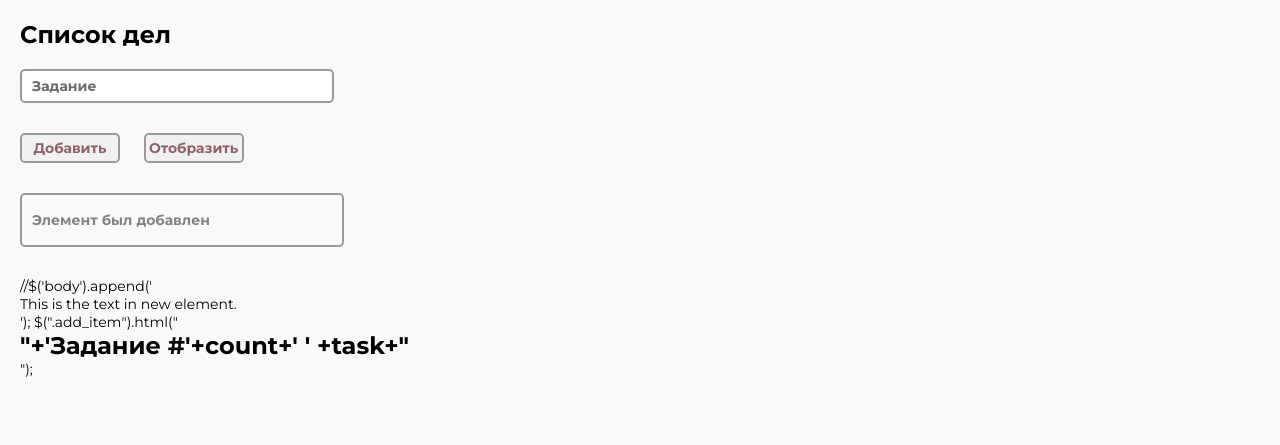
Repository: andbaik/it_unit9
Page: index.html
An editor plug-in stored every save of this project. The page is shown before and after the next save, followed by the edit.
The browser window is 1280 px wide. The pictures show the whole page.
After loading, the first visible `#add_btn` was clicked once.

Above is the page before, as saved 2021-04-10 23:21:05.

After the next save:
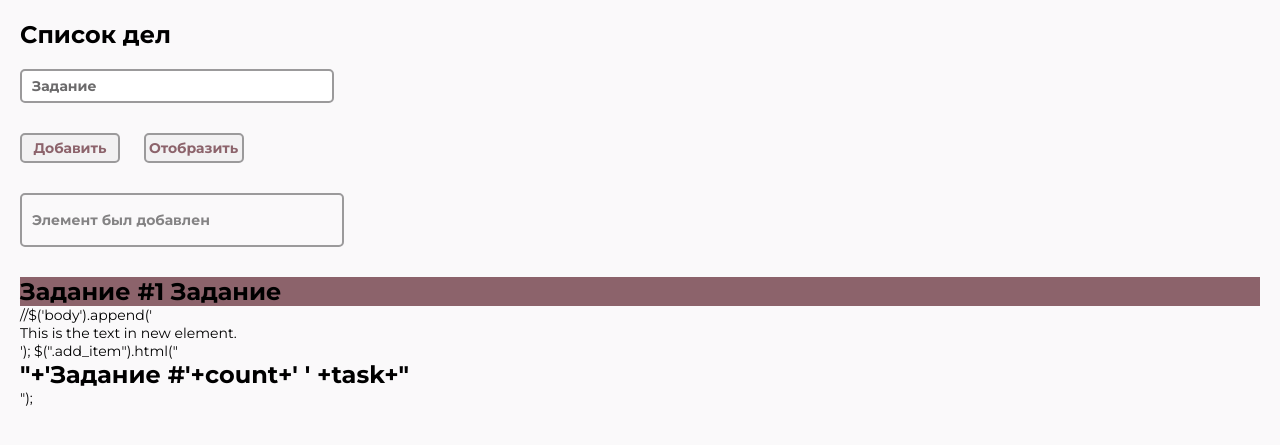
Saved 9 s later.
--- a/index.html
+++ b/index.html
@@ -29,7 +29,7 @@
             $("#result").css("display", "block");
             setTimeout( function(){$("#result").hide()}, 2000);
             $('<div>').attr({'class':'add_item'}).insertAfter ("#result");
-
+                $(".add_item").html("<h1>"+'Задание #'+count+' ' +task+"</h1>");
 
         });
     </script>
